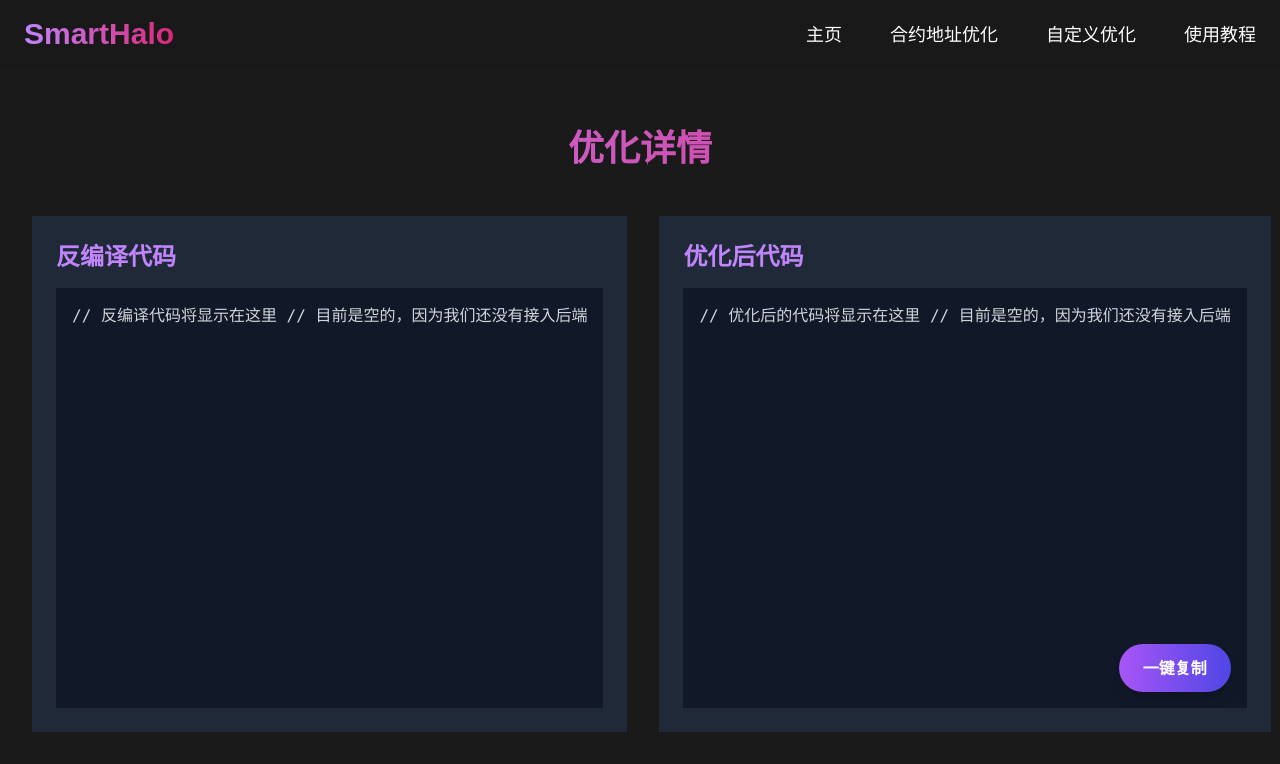
Repository: RunnerQuan/smart-halo
Page: /optimization-details
An editor plug-in stored every save of this project. The page is shown before and after the next save, followed by the edit.
The browser window is 1280 px wide. The pictures show the whole page.
The project was rebuilt for these pictures with package versions that can differ from the ones it lists, and the page was loaded fresh each time. The framework's server and built-in components were replaced by stand-ins that run in the browser. Also part of the build but not shown: next.config.mjs.

Above is the page before, as saved 2024-10-17 11:27:53.

### app/optimization-details/page.tsx
"use client";

import { useState } from 'react';
import { motion } from 'framer-motion';
import AnimatedButton from '../../components/ui/animated-button';
import Navbar from '../../components/Navbar';

export default function OptimizationDetails() {
  const [isCopied, setIsCopied] = useState(false);

  const handleCopy = () => {
    // 这里应该是复制代码的逻辑
    // 目前我们只是模拟复制操作
    setIsCopied(true);
    setTimeout(() => setIsCopied(false), 2000);
  };

  return (
    <main className="flex min-h-screen flex-col items-center justify-start p-8 bg-[#1A1A1A] text-white font-sans">
      <Navbar />
      <div className="mt-24 w-full max-w-7xl mx-auto">
        <motion.h1
          className="text-4xl font-bold mb-12 text-center text-transparent bg-clip-text bg-gradient-to-r from-purple-400 to-pink-600"
          initial={{ opacity: 0, y: -50 }}
          animate={{ opacity: 1, y: 0 }}
          transition={{ duration: 0.5 }}
        >
          优化详情
        </motion.h1>

        <div className="w-full flex flex-col md:flex-row space-y-8 md:space-y-0 md:space-x-8">
          <motion.div
            className="flex-1 bg-gray-800 rounded-lg p-6"
            initial={{ opacity: 0, x: -50 }}
            animate={{ opacity: 1, x: 0 }}
            transition={{ duration: 0.5, delay: 0.2 }}
          >
            <h2 className="text-2xl font-semibold mb-4 text-purple-400">反编译代码</h2>
            <div className="bg-gray-900 p-4 rounded-lg h-[calc(100vh-300px)] overflow-auto">
              <pre className="text-gray-300">
                {/* 这里应该显示实际的反编译代码 */}
                // 反编译代码将显示在这里
                // 目前是空的，因为我们还没有接入后端
              </pre>
            </div>
          </motion.div>

          <motion.div
            className="flex-1 bg-gray-800 rounded-lg p-6"
            initial={{ opacity: 0, x: 50 }}
            animate={{ opacity: 1, x: 0 }}
            transition={{ duration: 0.5, delay: 0.4 }}
          >
            <h2 className="text-2xl font-semibold mb-4 text-purple-400">优化后代码</h2>
            <div className="bg-gray-900 p-4 rounded-lg h-[calc(100vh-300px)] overflow-auto relative">
              <pre className="text-gray-300">
                {/* 这里应该显示实际的优化后代码 */}
                // 优化后的代码将显示在这里
                // 目前是空的，因为我们还没有接入后端
              </pre>
              <div className="absolute bottom-4 right-4">
                <AnimatedButton onClick={handleCopy}>
                  一键复制
                </AnimatedButton>
              </div>
            </div>
          </motion.div>
        </div>

        {isCopied && (
          <motion.div
            className="fixed bottom-8 right-8 bg-green-500 text-white px-4 py-2 rounded-lg shadow-lg"
            initial={{ opacity: 0, y: 50 }}
            animate={{ opacity: 1, y: 0 }}
            exit={{ opacity: 0, y: 50 }}
          >
            优化后代码已复制到剪贴板
          </motion.div>
        )}
      </div>
    </main>
  );
}

### app/globals.css
@import url('https://fonts.googleapis.com/css2?family=Roboto:wght@300;400;500;700&display=swap');

@tailwind base;
@tailwind components;
@tailwind utilities;

:root {
  --foreground-rgb: 255, 255, 255;
  --background-start-rgb: 42, 42, 42;
  --background-end-rgb: 42, 42, 42;
}

body {
  color: rgb(var(--foreground-rgb));
  background: linear-gradient(
      to bottom,
      transparent,
      rgb(var(--background-end-rgb))
    )
    rgb(var(--background-start-rgb));
  font-family: 'Roboto', sans-serif;
}

### components/ui/animated-button.tsx
import React from 'react';

interface AnimatedButtonProps extends React.ButtonHTMLAttributes<HTMLButtonElement> {
  children: React.ReactNode;
}

const AnimatedButton: React.FC<AnimatedButtonProps> = ({ children, className, ...props }) => {
  return (
    <button
      className={`
        px-6 py-3 rounded-full text-white font-semibold
        bg-gradient-to-r from-purple-500 to-indigo-600
        hover:from-purple-600 hover:to-indigo-700
        transform hover:scale-105 transition duration-300 ease-in-out
        focus:outline-none focus:ring-2 focus:ring-purple-500 focus:ring-opacity-50
        shadow-lg hover:shadow-xl
        ${className}
      `}
      {...props}
    >
      {children}
    </button>
  );
};

export default AnimatedButton;

### components/Navbar.tsx
import Link from "next/link";
import AnimatedNavLink from './AnimatedNavLink';

export default function Navbar() {
  return (
    <nav className="fixed top-0 left-0 right-0 z-10 bg-[#1A1A1A] bg-opacity-80 backdrop-filter backdrop-blur-lg">
      <div className="container mx-auto px-6 py-4 flex justify-between items-center">
        <Link href="/" className="flex items-center">
          <span className="text-3xl font-bold bg-clip-text text-transparent bg-gradient-to-r from-purple-400 to-pink-600 font-tech">
            SmartHalo
          </span>
        </Link>
        <div className="hidden md:flex items-center space-x-12 text-lg">
          <AnimatedNavLink href="/">主页</AnimatedNavLink>
          <AnimatedNavLink href="/contract-optimization">合约地址优化</AnimatedNavLink>
          <AnimatedNavLink href="/custom-optimization">自定义优化</AnimatedNavLink>
          <AnimatedNavLink href="/tutorials">使用教程</AnimatedNavLink>
        </div>
      </div>
    </nav>
  );
}

### components/AnimatedNavLink.tsx
'use client'

import Link from 'next/link';
import { useState } from 'react';

export default function AnimatedNavLink({ href, children }: { href: string; children: React.ReactNode }) {
  const [isHovered, setIsHovered] = useState(false);

  return (
    <Link
      href={href}
      className={`text-white text-lg transition-all duration-300 ease-in-out relative overflow-hidden ${isHovered ? 'text-purple-400' : ''}`}
      onMouseEnter={() => setIsHovered(true)}
      onMouseLeave={() => setIsHovered(false)}
    >
      {children}
      <span className={`absolute bottom-0 left-0 w-full h-0.5 bg-purple-400 transform transition-transform duration-300 ${isHovered ? 'translate-x-0' : '-translate-x-full'}`}></span>
    </Link>
  );
}

### tailwind.config.js
module.exports = {
    darkMode: ['class'],
    content: [
    './pages/**/*.{js,ts,jsx,tsx,mdx}',
    './components/**/*.{js,ts,jsx,tsx,mdx}',
    './app/**/*.{js,ts,jsx,tsx,mdx}',
  ],
  theme: {
  	extend: {
  		fontFamily: {
  			harmonyos: ['HarmonyOS Sans', 'sans-serif'],
  			song: ['Noto Serif SC', 'serif'],
  			'noto-sans': ['Noto Sans SC', 'sans-serif'],
  			'tech': ['Orbitron', 'sans-serif']
  		},
  		backgroundImage: {
  			'gradient-radial': 'radial-gradient(var(--tw-gradient-stops))',
  			'gradient-conic': 'conic-gradient(from 180deg at 50% 50%, var(--tw-gradient-stops))'
  		},
  		borderRadius: {
  			lg: 'var(--radius)',
  			md: 'calc(var(--radius) - 2px)',
  			sm: 'calc(var(--radius) - 4px)'
  		},
  		colors: {
  			background: 'hsl(var(--background))',
  			foreground: 'hsl(var(--foreground))',
  			card: {
  				DEFAULT: 'hsl(var(--card))',
  				foreground: 'hsl(var(--card-foreground))'
  			},
  			popover: {
  				DEFAULT: 'hsl(var(--popover))',
  				foreground: 'hsl(var(--popover-foreground))'
  			},
  			primary: {
  				DEFAULT: 'hsl(var(--primary))',
  				foreground: 'hsl(var(--primary-foreground))'
  			},
  			secondary: {
  				DEFAULT: 'hsl(var(--secondary))',
  				foreground: 'hsl(var(--secondary-foreground))'
  			},
  			muted: {
  				DEFAULT: 'hsl(var(--muted))',
  				foreground: 'hsl(var(--muted-foreground))'
  			},
  			accent: {
  				DEFAULT: 'hsl(var(--accent))',
  				foreground: 'hsl(var(--accent-foreground))'
  			},
  			destructive: {
  				DEFAULT: 'hsl(var(--destructive))',
  				foreground: 'hsl(var(--destructive-foreground))'
  			},
  			border: 'hsl(var(--border))',
  			input: 'hsl(var(--input))',
  			ring: 'hsl(var(--ring))',
  			chart: {
  				'1': 'hsl(var(--chart-1))',
  				'2': 'hsl(var(--chart-2))',
  				'3': 'hsl(var(--chart-3))',
  				'4': 'hsl(var(--chart-4))',
  				'5': 'hsl(var(--chart-5))'
  			}
  		},
  		animation: {
  			pulse: 'pulse var(--duration) ease-out infinite'
  		},
  		keyframes: {
  			pulse: {
  				'0%, 100%': {
  					boxShadow: '0 0 0 0 var(--pulse-color)'
  				},
  				'50%': {
  					boxShadow: '0 0 0 8px var(--pulse-color)'
  				}
  			}
  		}
  	}
  },
  plugins: [require("tailwindcss-animate")],
}

Loaded but not shown: app/layout.tsx (common file)

After the next save:
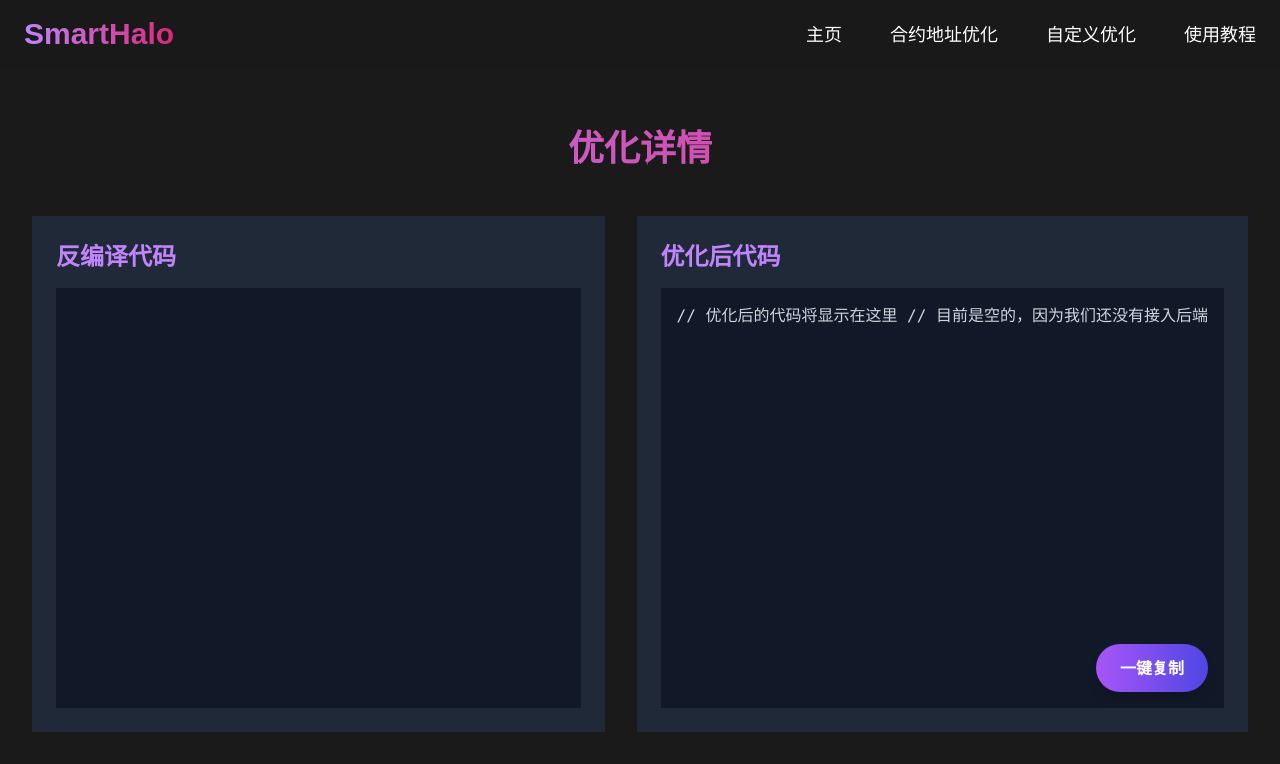
Saved 17 s later.
--- a/app/optimization-details/page.tsx
+++ b/app/optimization-details/page.tsx
@@ -39,8 +39,7 @@ export default function OptimizationDetails() {
             <div className="bg-gray-900 p-4 rounded-lg h-[calc(100vh-300px)] overflow-auto">
               <pre className="text-gray-300">
                 {/* 这里应该显示实际的反编译代码 */}
-                // 反编译代码将显示在这里
-                // 目前是空的，因为我们还没有接入后端
+
               </pre>
             </div>
           </motion.div>
